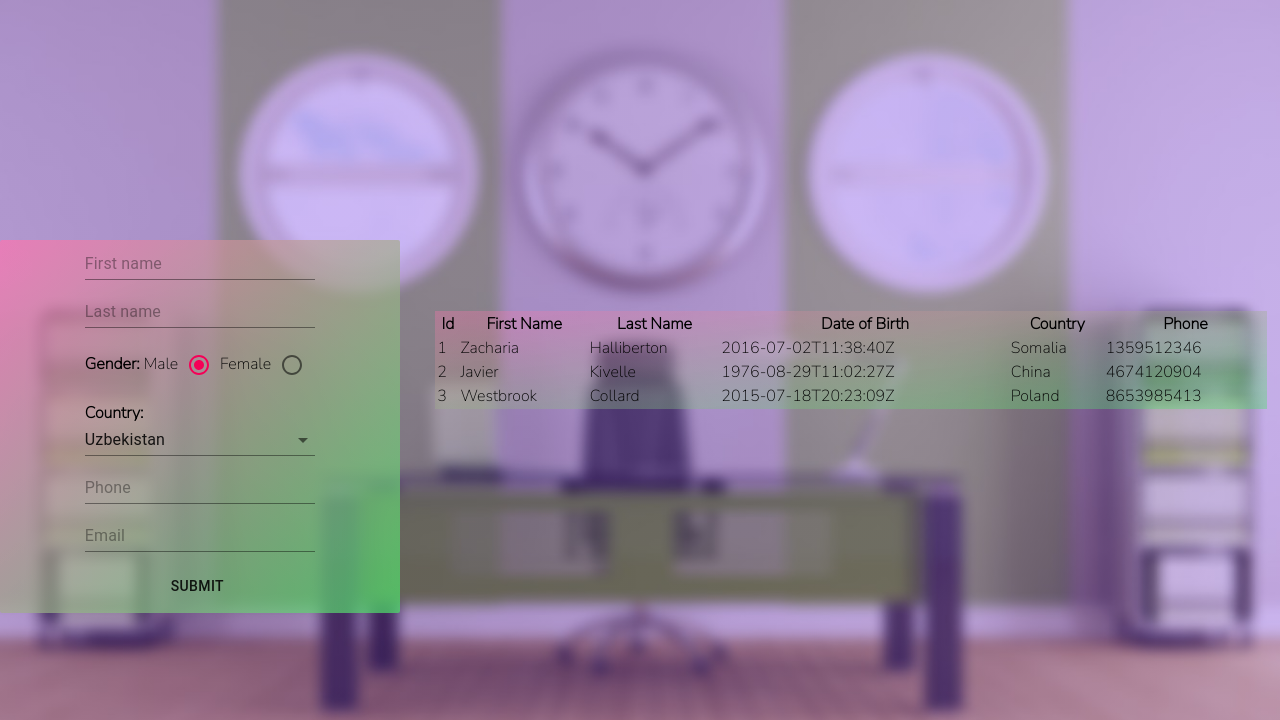
Repository: abrorsaidov/table-table
Page: /
An editor plug-in stored every save of this project. The page is shown before and after the next save, followed by the edit.
The browser window is 1280 px wide. The pictures show the whole page.
The project was rebuilt for these pictures with package versions that can differ from the ones it lists, and the page was loaded fresh each time. Also part of the build but not shown: src/components/ComponentC.js.

Above is the page before, as saved 2020-12-05 00:39:56.

After the next save:
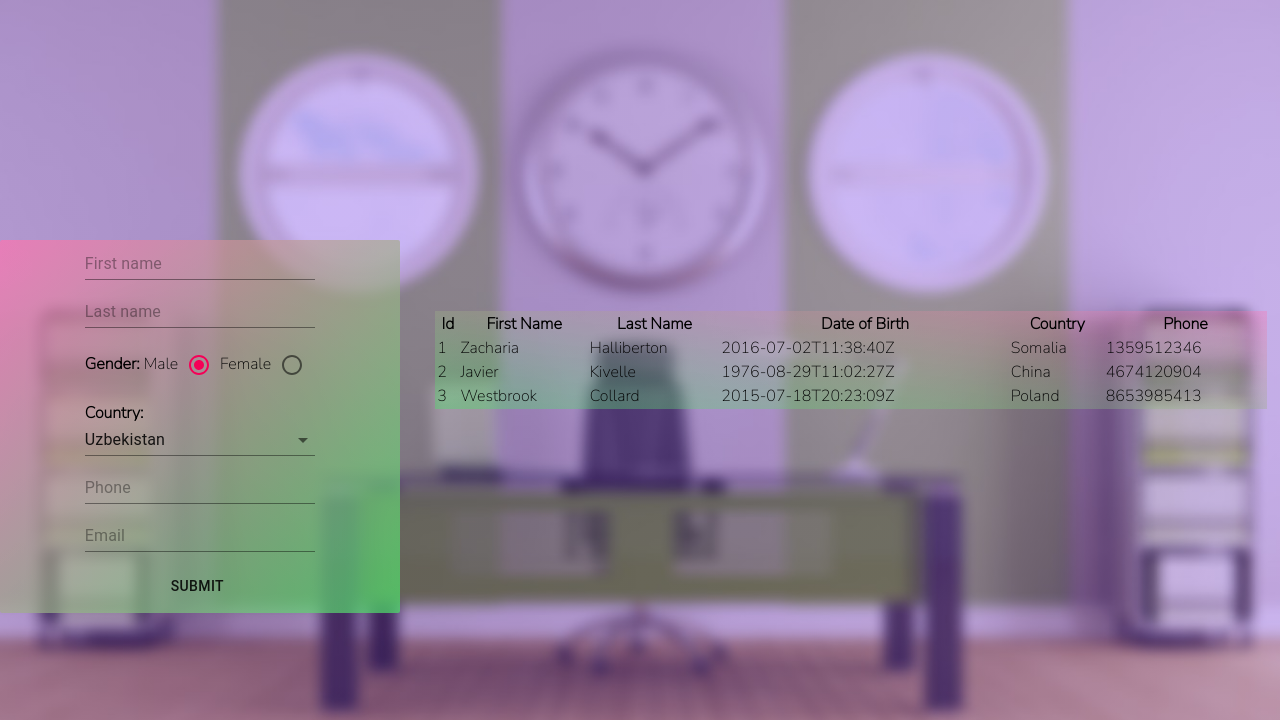
Saved 38 s later.
--- a/src/App.css
+++ b/src/App.css
@@ -75,9 +75,9 @@ option {
 
 .myTable {
   background: linear-gradient(
-    to bottom right,
-    rgba(255, 114, 175, 0.337),
-    rgba(75, 226, 105, 0.4)
+    to top right,
+    rgba(75, 226, 105, 0.4),
+    rgba(255, 114, 175, 0.337)
   );
   position: absolute;
   width: 65%;
